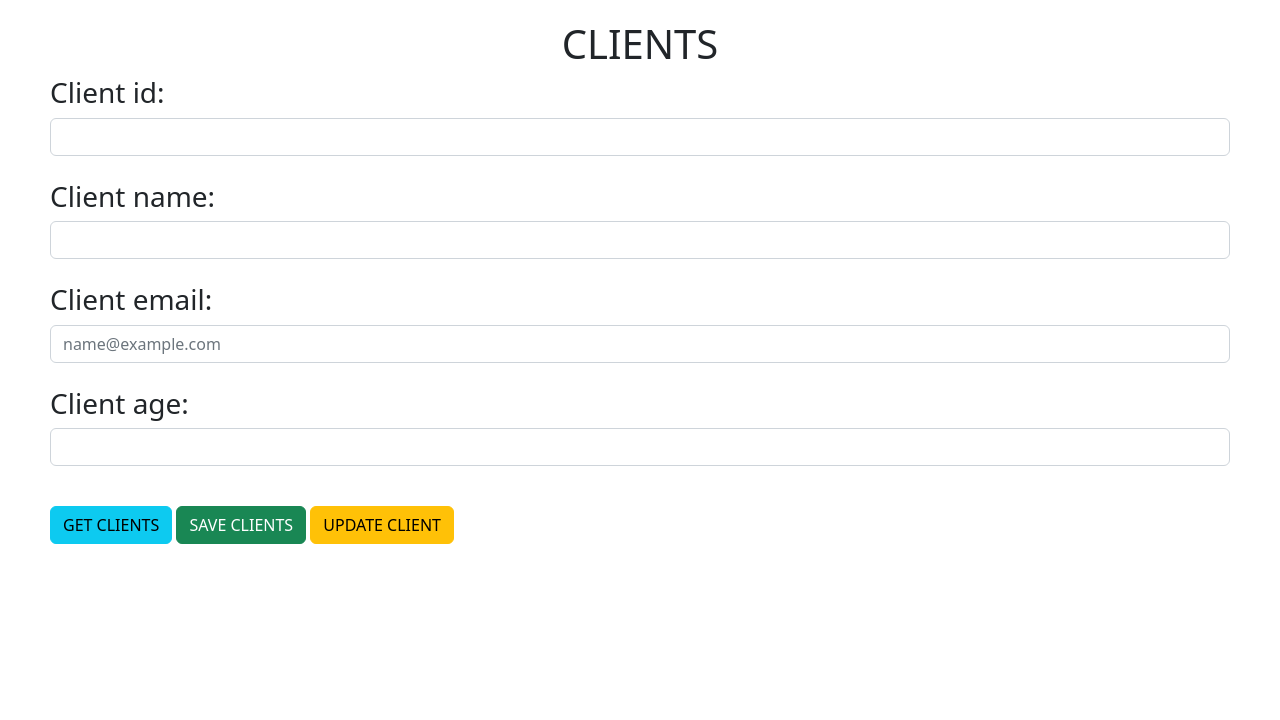
Repository: almendezl/MisionTIC
Page: index.html
The author's editor kept a copy of each file at every save. The page is drawn from the files as they stood at one save, then again after the next save.
The browser window is 1280 px wide. The pictures show the whole page.

Above is the page before, as saved 2022-10-01 21:39:01.

### index.html
<html lang="en">
<head>
    <meta charset="UTF-8">
    <meta http-equiv="X-UA-Compatible" content="IE=edge">
    <meta name="viewport" content="width=device-width, initial-scale=1.0">
    <link rel="stylesheet" href="styles.css">
    <title>MISION TIC 2022 RETO 2</title>
</head>
<!-- add jquery api -->
<script src="https://ajax.googleapis.com/ajax/libs/jquery/3.6.1/jquery.min.js"></script>
<!-- add bootstrap -->

<link href="https://cdn.jsdelivr.net/npm/bootstrap@5.2.1/dist/css/bootstrap.min.css" rel="stylesheet" integrity="sha384-iYQeCzEYFbKjA/T2uDLTpkwGzCiq6soy8tYaI1GyVh/UjpbCx/TYkiZhlZB6+fzT" crossorigin="anonymous">
<!-- add the file with the script -->
<script type="text/javascript" src="myScript.js"></script>
<body>
    <h1 class="text-center">CLIENTS</h1>
    <form action="">
        <div class="form-group">
            <h3 class="label label-default" >Client id: </h3>
            <input class="form-control" type="number" id="clientId"> <br>
        </div>

        <div class="form-group">
            <h3 class="label label-default" >Client name: </h3>
            <input class="form-control" type="text" id="clientName"><br>
        </div>

        <div class="form-group">
            <h3 class="label label-default" >Client email: </h3>
            <input class="form-control" type="text" id="clientEmail" placeholder="name@example.com"><br>
        </div>

        <div class="form-group">
            <h3 class="label label-default" >Client age: </h3>
            <input class="form-control" type="number" id="clientAge"><br>
        </div>

    </form>




    <button class="btn btn-info" onclick="getClients()">GET CLIENTS</button>

    <button class="btn btn-success" onclick="setClient()">SAVE CLIENTS</button>

    <button class="btn btn-warning" onclick="updateClient()">UPDATE CLIENT</button><br><br>

    <div id="clientsList">

    </div>



</body>
</html>

### styles.css
body {

    padding: 20px 50px;
  }

### myScript.js
function getClients(){

    $.ajax({
        url:'https://gbc0751b79176df-fy68ude9ajgxmklv.adb.us-ashburn-1.oraclecloudapps.com/ords/admin/client/client',
        type: 'GET',
        dataType: 'json',

        success: function(clients){
            console.log(clients);
            let cs= clients.items;
            //$('#clientsList').append("<h2>Clients List</h2>");
            $('#clientsList').empty();
            for(i = 0; i<cs.length; i++){
                $('#clientsList').append("<b>"+cs[i].id+" "+cs[i].name+" </b> "+cs[i].email+"   <button class='btn btn-danger' onclick='deleteClient("+cs[i].id+")'>DELETE</button>"+"<br>");
                //$('#clientsList').append();
            }

        },
        error: function(xhr, status){
            alert("A problem has occurred");
        },
        complete: function(xhr, status){
            //alert("Request made");
        }
    });

}

function setClient(){

    let clientId = $("#clientId").val();
    let clientName = $("#clientName").val();
    let clientEmail = $("#clientEmail").val();
    let clientAge = $("#clientAge").val();

    let data = {
        id: clientId,
        name: clientName,
        email: clientEmail,
        age: clientAge

    };

    let dataToSend = JSON.stringify(data);

    console.log(dataToSend);

    $.ajax({
        url:'https://gbc0751b79176df-fy68ude9ajgxmklv.adb.us-ashburn-1.oraclecloudapps.com/ords/admin/client/client',
        type: 'POST',
        //dataType: 'json',
        data: dataToSend,
         contentType: "application/json",

        success: function(json){
            console.log(json);
            //Clean the inputs
            $("#clientId").val('');
            $("#clientName").val('');
            $("#clientEmail").val('');
            $("#clientAge").val('');
            getClients();
        },
        error: function(xhr, status){
            //alert("A problem has occurred");

        },
        complete: function(xhr, status){
            //alert("Request made");

        }
    });

}

function updateClient(){
    let clientId = $("#clientId").val();
    let clientName = $("#clientName").val();
    let clientEmail = $("#clientEmail").val();
    let clientAge = $("#clientAge").val();

    let data = {
        id: clientId,
        name: clientName,
        email: clientEmail,
        age: clientAge

    };

    let dataToSend = JSON.stringify(data);

    console.log(dataToSend);

    $.ajax({
        url:'https://gbc0751b79176df-fy68ude9ajgxmklv.adb.us-ashburn-1.oraclecloudapps.com/ords/admin/client/client',
        type: 'PUT',
        //dataType: 'json',
        data: dataToSend,
        contentType: "application/json",

        success: function(json){
            console.log(json);
            //Clean the inputs
            $("#clientId").val('');
            $("#clientName").val('');
            $("#clientEmail").val('');
            $("#clientAge").val('');
            getClients();
        },
        error: function(xhr, status){
            //alert("A problem has occurred");

        },
        complete: function(xhr, status){
            //alert("Request made");

        }
    });
}

function deleteClient(clientId){


    let data = {
        id: clientId

    };

    let dataToSend = JSON.stringify(data);

    console.log(dataToSend);

    $.ajax({
        url:'https://gbc0751b79176df-fy68ude9ajgxmklv.adb.us-ashburn-1.oraclecloudapps.com/ords/admin/client/client',
        type: 'DELETE',
        //dataType: 'json',
        data: dataToSend,
        contentType: "application/json",

        success: function(json){
            console.log(json);
            //Clean the inputs
            $("#clientId").val('');
            $("#clientName").val('');
            $("#clientEmail").val('');
            $("#clientAge").val('');
            getClients();
        },
        error: function(xhr, status){
            //alert("A problem has occurred");

        },
        complete: function(xhr, status){
            //alert("Request made");

        }
    });
}

After the next save:
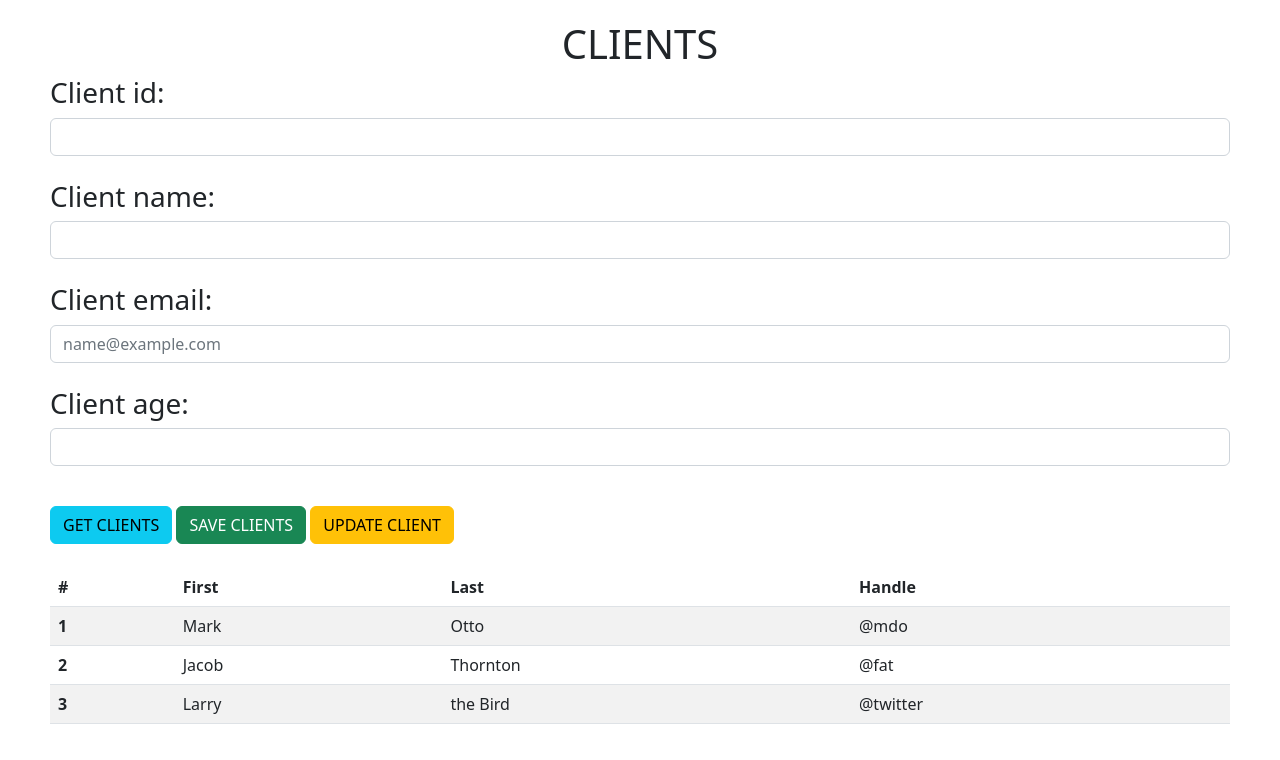
Saved 87 s later.
--- a/index.html
+++ b/index.html
@@ -50,7 +50,36 @@
     <div id="clientsList">
 
     </div>
-
+    <table class="table table-striped">
+        <thead>
+          <tr>
+            <th scope="col">#</th>
+            <th scope="col">First</th>
+            <th scope="col">Last</th>
+            <th scope="col">Handle</th>
+          </tr>
+        </thead>
+        <tbody>
+          <tr>
+            <th scope="row">1</th>
+            <td>Mark</td>
+            <td>Otto</td>
+            <td>@mdo</td>
+          </tr>
+          <tr>
+            <th scope="row">2</th>
+            <td>Jacob</td>
+            <td>Thornton</td>
+            <td>@fat</td>
+          </tr>
+          <tr>
+            <th scope="row">3</th>
+            <td>Larry</td>
+            <td>the Bird</td>
+            <td>@twitter</td>
+          </tr>
+        </tbody>
+      </table>
 
 
 </body>
